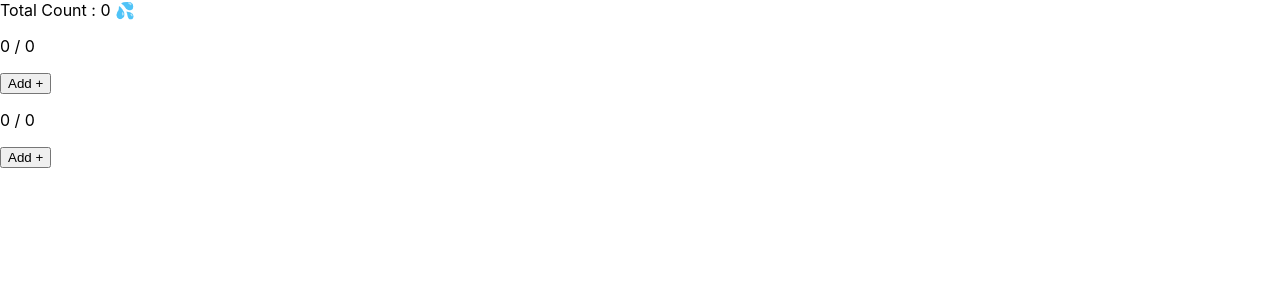
Repository: dnjfht/css-example
Page: /
An editor plug-in stored every save of this project. The page is shown before and after the next save, followed by the edit.
The browser window is 1280 px wide. The pictures show the whole page.
The project was rebuilt for these pictures with package versions that can differ from the ones it lists, and the page was loaded fresh each time.

Above is the page before, as saved 2023-05-11 16:03:09.

### src/App.js
// class component 살펴보기

import React from "react";
import Counter2 from "./components/Counter2";

export default class App extends React.Component {
  state = { count: 0 };

  onClick = () => {
    this.setState({ count: this.state.count + 1 });
  };

  componentDidMount() {
    console.log("컴포넌트가 마운트 되었음!");
  }

  componentWillUnmount() {
    console.log("컴포넌트가 곧 언마운트 될 예정임!");
  }

  render() {
    return (
      <div>
        <div>
          Total Count : {this.state.count} {this.state.count > 10 ? "🔥" : "💦"}
        </div>
        <div>
          <Counter2 total={this.state.count} onClick={this.onClick} />
          <Counter2 total={this.state.count} onClick={this.onClick} />
        </div>
      </div>
    );
  }
}

// 함수형 컴포넌트는 렌더링이 될 때마다 함수 전체가 호출이 되는데
// 클래스형 컴포넌트는 멤버 함수로 정의되어 있기 때문에 상태가 변경될 때마다 렌더 함수만 호출이 된다
// 기존의 멤버 함수는 그대로 유지되기 때문에 useCallback이나 useMemo 같은 별도의 처리를 하지 않아도 된다

// 클래스에 객체지향 프로그래밍으로 클라이언트 사이드에서 조금 복잡한 일을 해야 한다, 상속을 이용해서 무언가 해야 한다면
// 클래스를 요긴하게 사용해볼 수 있다

// 하지만 요즘 대세는 함수형 컴포넌트고,
// 리액트 팀에서 내부적으로 컴포넌트들을 재사용할 수 있는 방법들을
// 컴파일했을 때 값이 변경되지 않았다면 다시 렌더링되지 않도록 만드는
// 이런 방법들도 고안하고 있으니까 크게 걱정할 필요가 없음

### src/components/Counter2.js
import React, { useState } from "react";

export default function Counter2({ total, onClick }) {
  const [count, setCount] = useState(0);

  return (
    <div>
      <p>
        {count}
        <span> / {total}</span>
      </p>
      <button onClick={onClick}>Add +</button>
    </div>
  );
}

### src/components/Button1.js
import React from "react";

export default function Button1() {
  return <button>Button 1</button>;
}

### src/components/Button2.js
import React from "react";

export default function Button2() {
  return <button>Button 2</button>;
}

Loaded but not shown: public/index.html (common file); src/index.js (common file); src/index.css (common file); src/reportWebVitals.js (common file)

After the next save:
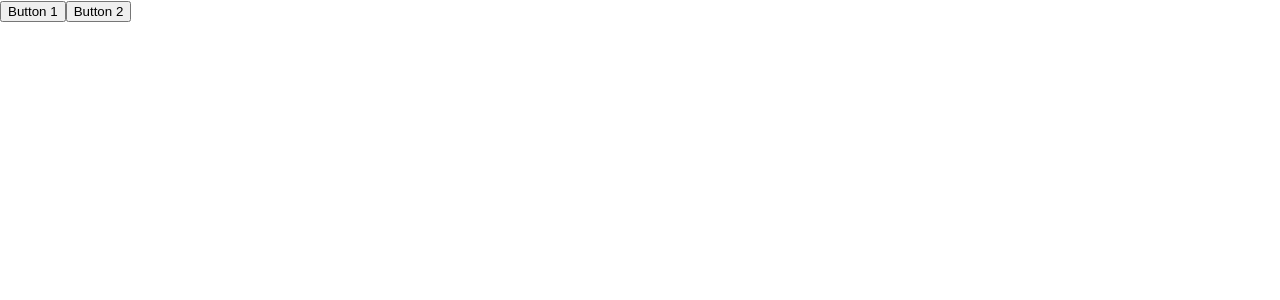
Saved 17 s later.
--- a/src/App.js
+++ b/src/App.js
@@ -1,46 +1,12 @@
-// class component 살펴보기
+import React from "react";
+import Button1 from "./components/Button1";
+import Button2 from "./components/Button2";
 
-import React from "react";
-import Counter2 from "./components/Counter2";
-
-export default class App extends React.Component {
-  state = { count: 0 };
-
-  onClick = () => {
-    this.setState({ count: this.state.count + 1 });
-  };
-
-  componentDidMount() {
-    console.log("컴포넌트가 마운트 되었음!");
-  }
-
-  componentWillUnmount() {
-    console.log("컴포넌트가 곧 언마운트 될 예정임!");
-  }
-
-  render() {
-    return (
-      <div>
-        <div>
-          Total Count : {this.state.count} {this.state.count > 10 ? "🔥" : "💦"}
-        </div>
-        <div>
-          <Counter2 total={this.state.count} onClick={this.onClick} />
-          <Counter2 total={this.state.count} onClick={this.onClick} />
-        </div>
-      </div>
-    );
-  }
+export default function App() {
+  return (
+    <div>
+      <Button1 />
+      <Button2 />
+    </div>
+  );
 }
-
-// 함수형 컴포넌트는 렌더링이 될 때마다 함수 전체가 호출이 되는데
-// 클래스형 컴포넌트는 멤버 함수로 정의되어 있기 때문에 상태가 변경될 때마다 렌더 함수만 호출이 된다
-// 기존의 멤버 함수는 그대로 유지되기 때문에 useCallback이나 useMemo 같은 별도의 처리를 하지 않아도 된다
-
-// 클래스에 객체지향 프로그래밍으로 클라이언트 사이드에서 조금 복잡한 일을 해야 한다, 상속을 이용해서 무언가 해야 한다면
-// 클래스를 요긴하게 사용해볼 수 있다
-
-// 하지만 요즘 대세는 함수형 컴포넌트고,
-// 리액트 팀에서 내부적으로 컴포넌트들을 재사용할 수 있는 방법들을
-// 컴파일했을 때 값이 변경되지 않았다면 다시 렌더링되지 않도록 만드는
-// 이런 방법들도 고안하고 있으니까 크게 걱정할 필요가 없음
